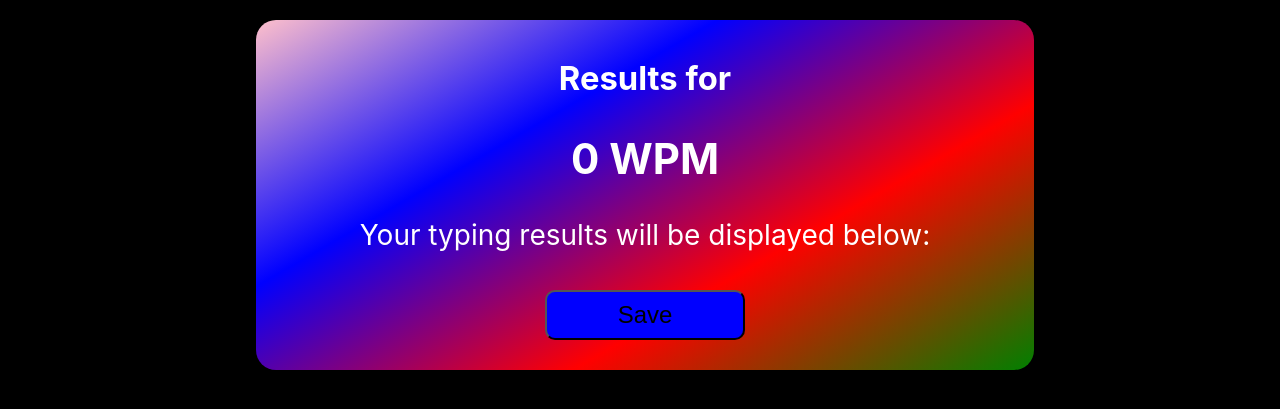
Repository: abhaysharma20233009/swiftKey
Page: /results (app in frontend/my-app/)
These files come from the project's save history. The page is drawn as it stood at one moment and after the next save; the edit follows.
The browser window is 1280 px wide. The pictures show the whole page.
The page's requests for data from a server got no answer. The project was rebuilt for these pictures with package versions that can differ from the ones it lists, and the page was loaded fresh each time. No one was signed in, and anything a server would have sent is missing. Also part of the build but not shown: frontend/my-app/src/Swifts.js, frontend/my-app/src/Login.js.

Above is the page before, as saved 2024-10-10 20:46:29.

### frontend/my-app/src/App.js
//App.js

import './App.css';
import React from 'react';
import { BrowserRouter as Router, Route, Routes } from 'react-router-dom';
import Swift from './Swifts';
import Results from './Results';
import Login from './Login';
const App = () => {
    return (
        <Router>
			<div className="App">
            <Routes>
                <Route path="/" element={<Swift />} />
                <Route path="/results" element={<Results />} />
                <Route path="/login" element={<Login />} />
            </Routes>
			</div>
        </Router>
    );
};

export default App;

### frontend/my-app/src/App.css
.App {
  text-align: center;
  color:white;
}

body{
  background-color:black;
}

.log{
  color:black;
  margin-left: 10px;
  margin-right: 10px;
  background-color: blue;
  border-radius: 10px;
  height:50px;
  width:200px;
  justify-self: end;
  font-size: x-large;
  margin-top:10px;
  margin-bottom:25px;
}




.in{
  border-radius:20px;
  font-size: 24px;
  width: 60%;
  padding: 10px;
  margin: 10px 0;
}

.hea{
  margin-top: 50px;
  margin-bottom:20px;
  margin-left:25%;
  background-color: lightgray;
  font-size: 24px;
  background-color:rgb(0, 128, 9);
  width:50%;
  height:50px;
  border-radius:30px;
  text-align: center;
}

.lo{
  text-align:center;
}
.Timer{
  height:50px;
  font-size:30px;
  margin-bottom: 10px;
  background-color:rgb(33, 222, 23);
  width:50px;
  margin-left:48%;
  border-radius: 15px;
}

.form{
  font-size: 28px;
  margin-top:80px;
  padding:5px;
  background:linear-gradient(150deg,pink,blue,red,green);
  background-color:rgb(169, 90, 63);
  width:60%;
  border-radius:20px;
  margin-left:20%;
}

.logs{
  color:black;
  margin-left: 10px;
  margin-right: 10px;
  background-color: rgb(255, 0, 144);
  border-radius: 10px;
  height:50px;
  width:200px;
  justify-self: end;
  font-size: x-large;
  margin-top:10px;
  margin-bottom:25px;
}

### frontend/my-app/src/Results.js
import React, { useState, useEffect } from 'react';
import { useLocation } from 'react-router-dom';

function Results() {
    const [info, setInfo] = useState([]);
    const location = useLocation();
    const wordTyped = location.state?.wordTyped || 0; // Get currentWordIndex from state
    const username = location.state?.username || '';
    const email=location.state?.email||'';
    const fetchUser = async () => {
        try {
            const response = await fetch('http://localhost:7000/update_info');
            const data = await response.json();
            // Filter data for the specific user
            const userData = data.filter((msg) => msg.username === username);
            setInfo(userData);
        } catch (error) {
            console.error('Error fetching info:', error);
        }
    };

    const saveResults = async () => {
        try {
            const response = await fetch('http://localhost:7000/check-user', {
                method: 'POST',
                headers: {
                    'Content-Type': 'application/json',
                },
                body: JSON.stringify({ username }),
            });

            if (response.ok) {
                try {
                   await fetch('http://localhost:7000/update_info', {
                        method: 'POST',
                        headers: {
                            'Content-Type': 'application/json',
                        },
                        body: JSON.stringify({ username,email, wordTyped }),
                    });
                    await fetchUser(); // Fetch updated user data

                } catch (error) {
                    console.error('Error saving results:', error);
                }
            }
            else {
                alert("login first to save ")
            }
        } catch (error) {
            console.error('Error checking user:', error);
        }
    };

    // Fetch user data on component mount
    useEffect(() => {
        fetchUser();
    }, []);

    return (
        <div className="form" style={{ textAlign: 'center', marginTop: '20px' }}>
            <h3>Results for {username}</h3> {/* Display username here */}
            <h2>{wordTyped} WPM</h2>
            <p>Your typing results will be displayed below:</p>
            <ul>
                {info.map((msg) => (
                    msg.words_typed.map((wordObj, index) => (
                        <li key={`${msg._id}-${index}`}>
                            <strong>   {wordObj.word}            :</strong>{new Date(wordObj.timestamp).toLocaleString()}
                        </li>
                    ))
                ))}
            </ul>
            <button className ="log" onClick={saveResults}>Save</button>
        </div>
    );
}

export default Results;

Loaded but not shown: frontend/my-app/public/index.html (common file); frontend/my-app/src/index.js (common file); frontend/my-app/src/index.css (common file); frontend/my-app/src/reportWebVitals.js (common file)

After the next save:
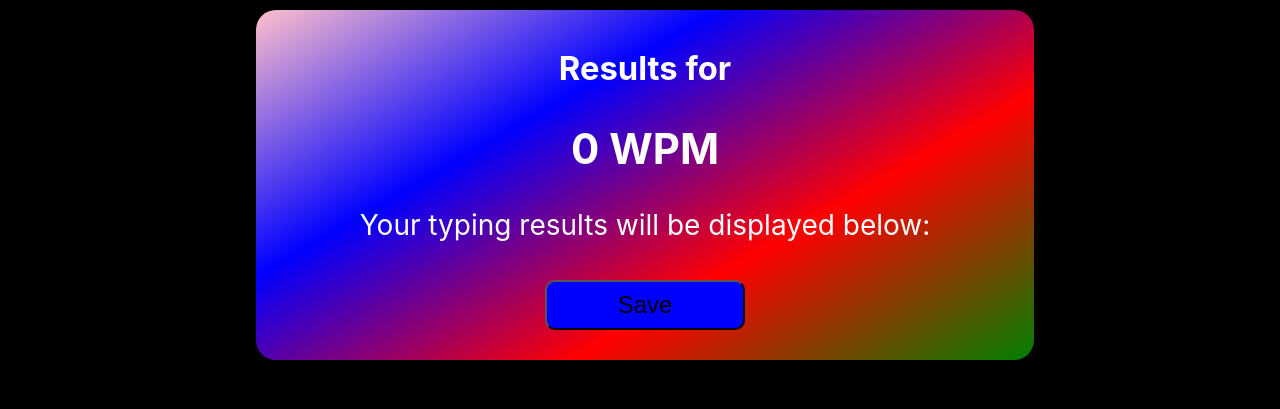
Saved 33 s later.
--- a/frontend/my-app/src/Results.js
+++ b/frontend/my-app/src/Results.js
@@ -58,7 +58,7 @@ function Results() {
     }, []);
 
     return (
-        <div className="form" style={{ textAlign: 'center', marginTop: '20px' }}>
+        <div className="form" style={{ textAlign: 'center', marginTop: '10px' }}>
             <h3>Results for {username}</h3> {/* Display username here */}
             <h2>{wordTyped} WPM</h2>
             <p>Your typing results will be displayed below:</p>
